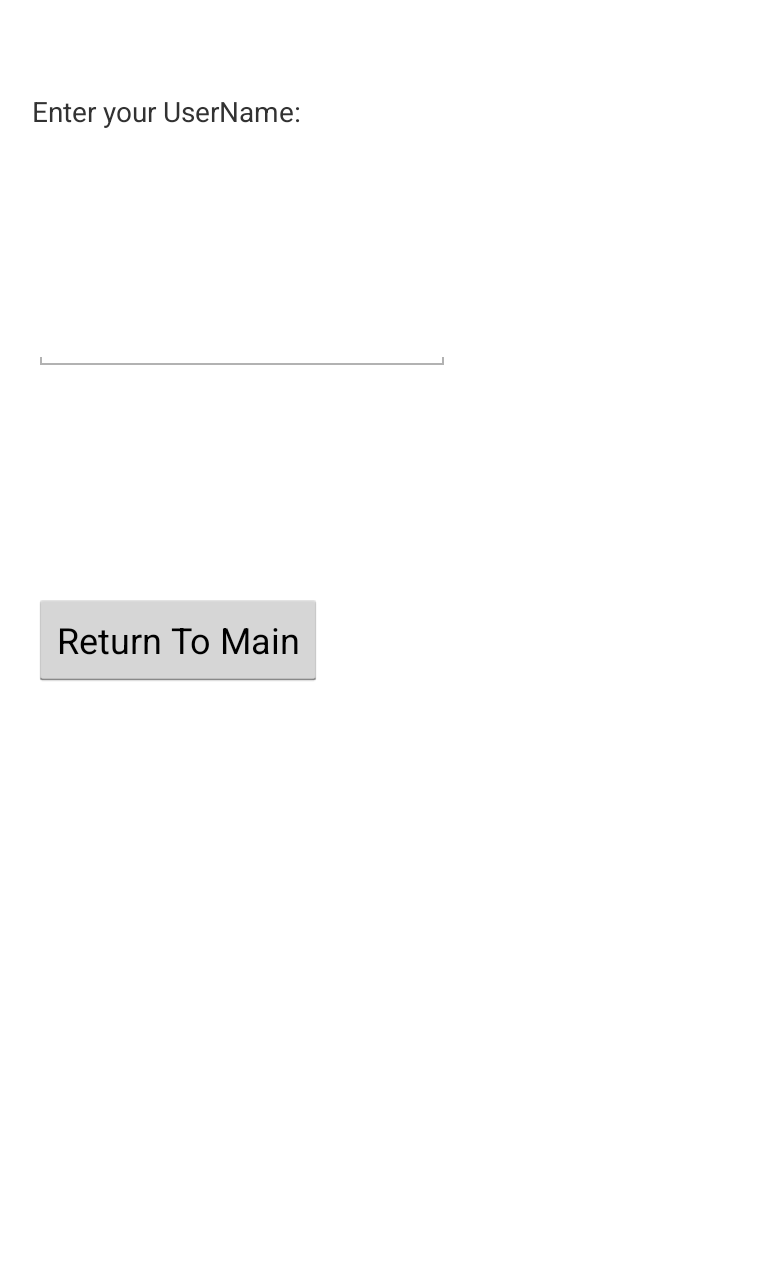
Repository: sam-stewart/in721
Layout: ActivitiesIntentsPassing/res/layout/activity_settings.xml
The author's editor kept a copy of each file at every save. The layout is drawn from the files as they stood at one save, then again after the next save.
It is drawn on a 768 x 1280 px phone screen (xhdpi) without system bars, with theme AppTheme; the app's code is not run.

Above is the layout before, as saved 2015-03-07 02:33:13.

After the next save:
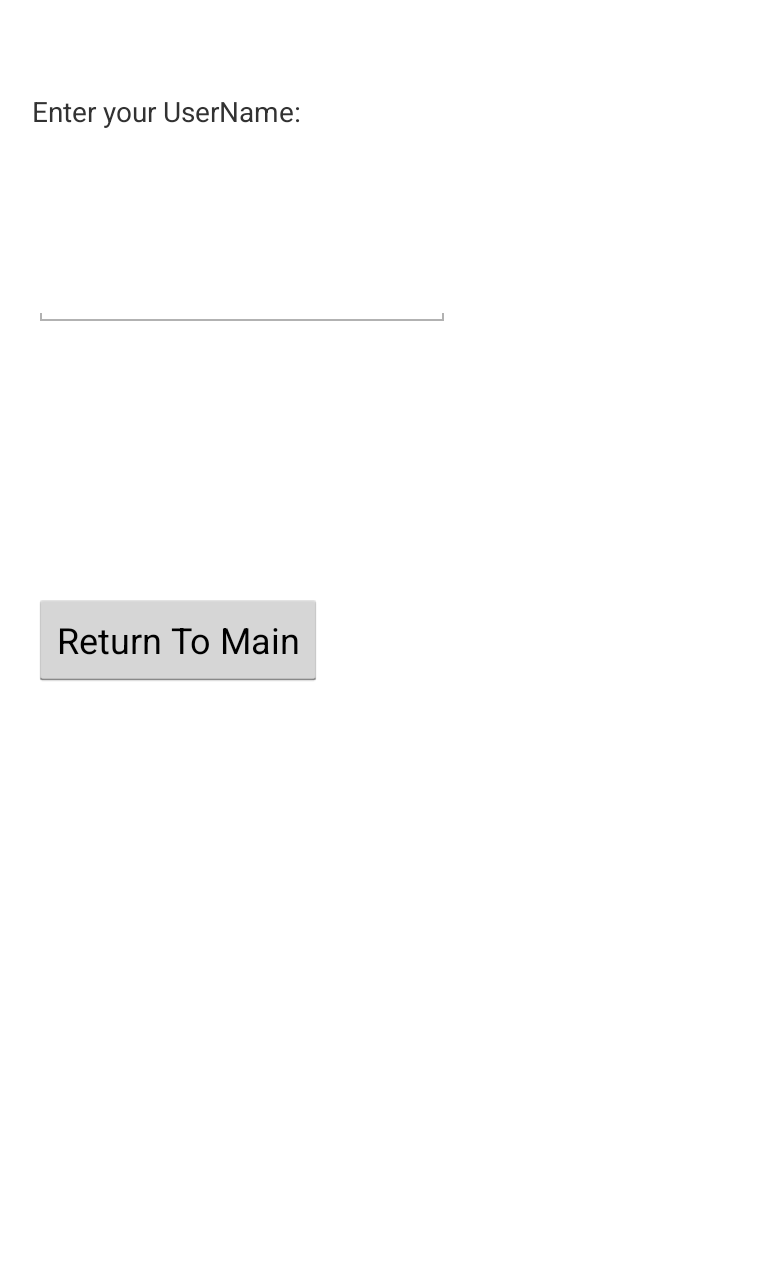
Saved 23 s later.
--- a/ActivitiesIntentsPassing/res/layout/activity_settings.xml
+++ b/ActivitiesIntentsPassing/res/layout/activity_settings.xml
@@ -21,7 +21,7 @@
         android:layout_width="wrap_content"
         android:layout_height="wrap_content"
         android:layout_below="@+id/txtViewEnterUserName"
-        android:layout_marginTop="82dp"
+        android:layout_marginTop="60dp"
         android:ems="10" />
 
     <Button
